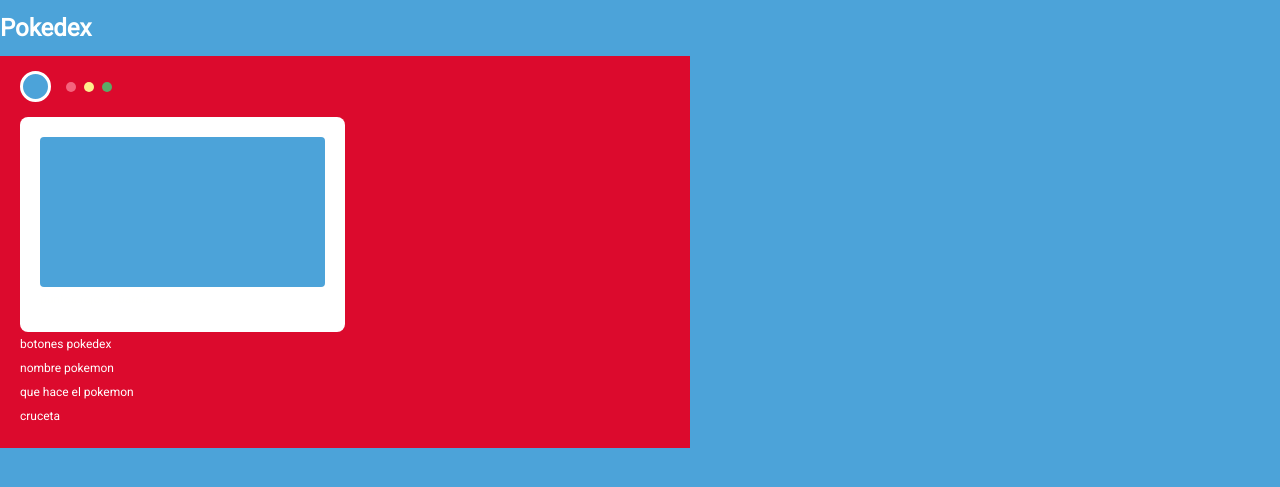
Repository: darkmantiz2/pokedex
Page: index.html
The author's editor kept a copy of each file at every save. The page is drawn from the files as they stood at one save, then again after the next save.
The browser window is 1280 px wide. The pictures show the whole page.

Above is the page before, as saved 2022-01-18 18:40:41.

### index.html
<!DOCTYPE html>
<html lang="en">
  <head>
    <meta charset="UTF-8" />
    <meta http-equiv="X-UA-Compatible" content="IE=edge" />
    <meta name="viewport" content="width=device-width, initial-scale=1.0" />
    <link
      href="https://fonts.googleapis.com/css2?family=Roboto&display=swap"
      rel="stylesheet"
    />
    <link rel="stylesheet" href="./css/index.css" />
    <title>Pokedex</title>
  </head>
  <body>
    <h1>Pokedex</h1>

    <section class="pokedex">
      <div class="pokedex-info">
        <div class="pokedex-cam">
          <span class="pokedex-cam-circle-blue"></span>
          <span class="pokedex-cam-circle-red"></span>
          <span class="pokedex-cam-circle-yellow"></span>
          <span class="pokedex-cam-circle-green"></span>
        </div>
        <div class="pokedex-screen">
          <div class="pokedex-screen-pokemon"></div>
          <div class="pokedex-screen-redpoints">puntos rojos y barras</div>
        </div>
        <div class="container-buttons">botones pokedex</div>
        <div class="container-info">
          <div class="pokemon-name">nombre pokemon</div>
          <div class="pokemon-description">que hace el pokemon</div>
          <div class="select-button">cruceta</div>
        </div>
      </div>
      <div class="pokedex-stats"></div>
    </section>
  </body>
</html>

### css/index.css

:root {
  --white: #fffffe;
  --black: #300f16;
  --primary: #dc0a2d;
  --green:#5baa67;
  --red :#f4647d ;
  --yellow-light:#feef8d;
  --secondary: #163355;
  --blue: #4ca3d9;
  --body1: 400 0.75rem/1.5rem Roboto;
  --body3: 400 0.5rem/0.4556451737880707rem Roboto;
  --body2-regular: 400 0.75rem/1.375rem Space Mono;
}

body {
  color: var(--white);
  background-color: var(--blue);
  font: var(--body1);
  margin: 0;
}

.pokedex{
  background-color: var(--primary);
  width: 650px;
  display: flex;
  justify-content: center;
  align-items: center;
  padding: 15px 20px 20px 20px;
}

.pokedex-info {
  width: 50%;
}

.pokedex-stats {
  width: 50%;
}

.pokedex-cam{
  display: flex;
  align-items: center;
  padding-bottom: 15px;
}

.pokedex-cam-circle-blue {
  display: inline-block;
  width: 25px;
  height: 25px;
  border-radius: 50%;
  background: var(--blue);
  border: 3px solid white;
  margin-right: 15px;
}

.pokedex-cam-circle-red{
  display: inline-block;
  width: 10px;
  height: 10px;
  border-radius: 50%;
  background: var(--red);
  margin-right: 8px;
}

.pokedex-cam-circle-yellow{
  display: inline-block;
  width: 10px;
  height: 10px;
  border-radius: 50%;
  background: var(--yellow-light);
  margin-right: 8px;
}

.pokedex-cam-circle-green{
  display: inline-block;
  width: 10px;
  height: 10px;
  border-radius: 50%;
  background: var(--green);
  margin-right: 8px;
}

.pokedex-screen{
  background: white;
  width: 100%;
  height: 215px;
  border-radius: 8px;
  padding: 20px;
  box-sizing: border-box;
}

.pokedex-screen-pokemon {
  background: var(--blue);
  height: 150px;
  border-radius: 4px;
}

.container-buttons{
}

.container-info{
}

After the next save:
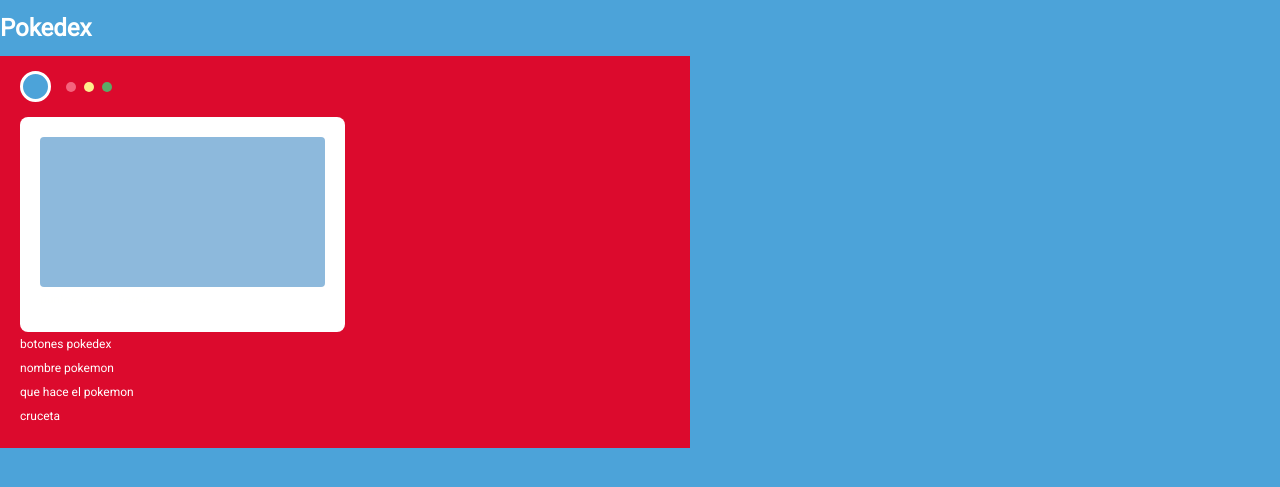
Saved 33 s later.
--- a/css/index.css
+++ b/css/index.css
@@ -90,7 +90,7 @@
 }
 
 .pokedex-screen-pokemon {
-  background: var(--blue);
+  background: #8db9dc;
   height: 150px;
   border-radius: 4px;
 }
